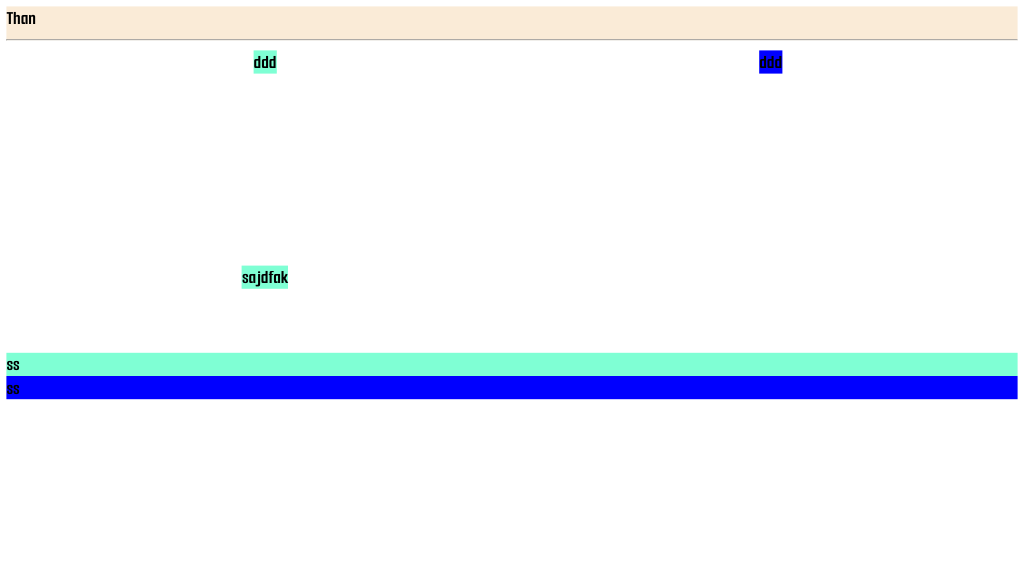
Repository: Than-dot/Than-dot
Page: index.html
These files come from the project's save history. The page is drawn as it stood at one moment and after a run of saves; the edit follows.
The browser window is 1280 px wide. The pictures show the whole page, at 80% of full size.

Above is the page before, as saved 2026-04-22 12:35:43.

After the next 2 saves:
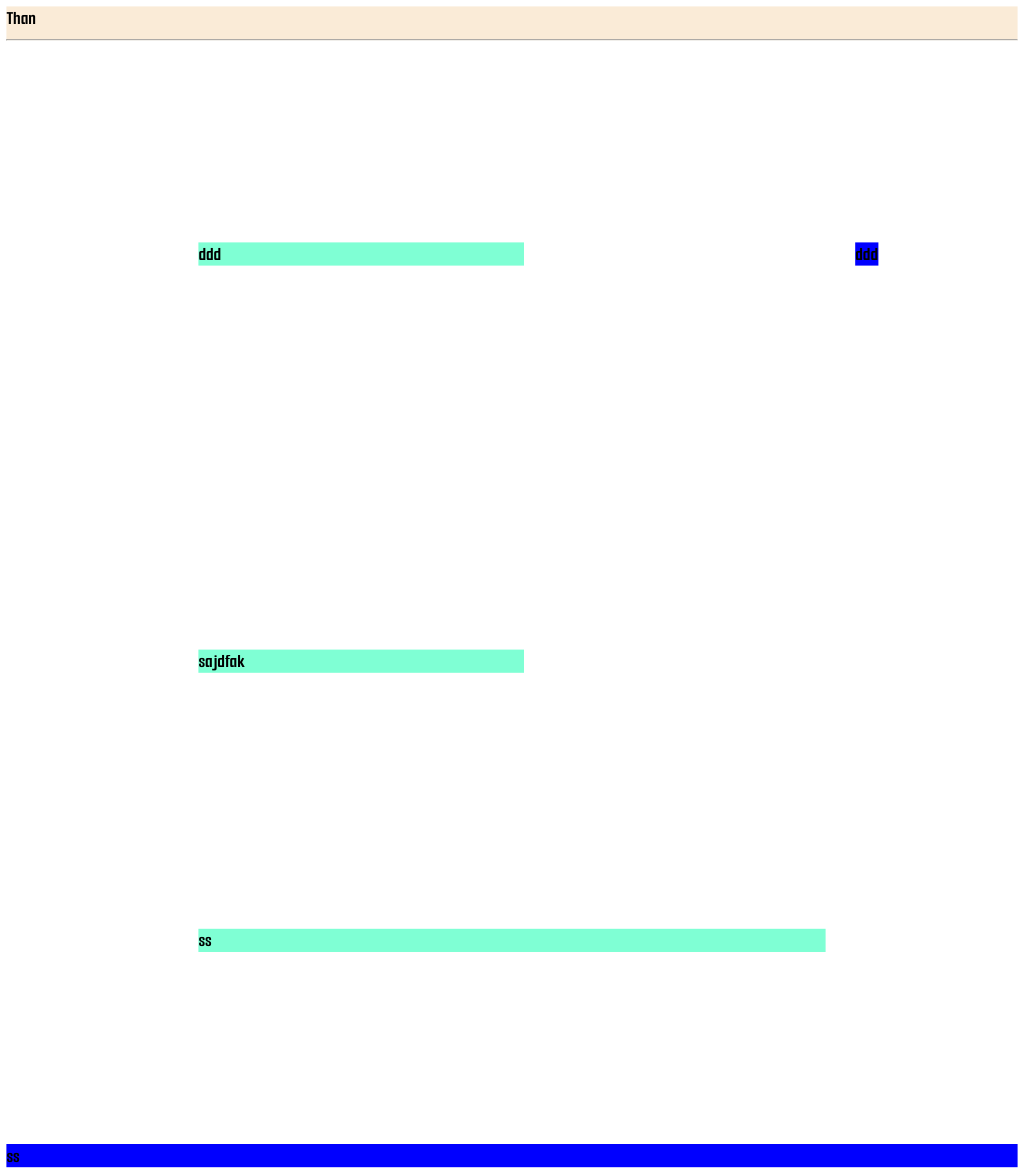
The 2 saves are shown as one change because they came seconds apart.
The last was saved 11 s later.
--- a/styles/index.css
+++ b/styles/index.css
@@ -9,7 +9,7 @@ header {
 
 article {
   background-color: aquamarine;
-  margin: auto;
+  margin: 15rem;
 }
 
 aside {
